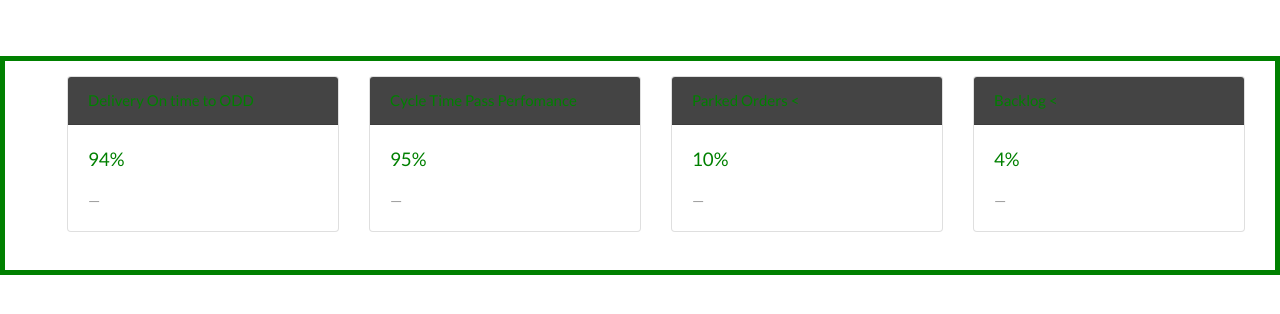
Repository: valenovi76/Delivery-Dashboard
Page: Index.html
The author's editor kept a record of every edit. The page is drawn from the files as they stood at one moment, then again after the next edit.
The browser window is 1280 px wide. The pictures show the whole page.
Some icons come from a web library that is not loaded, so they are not drawn.

Above is the page before.
Console error: TypeError: Cannot read properties of null (reading 'textContent')

### Index.html
<!DOCTYPE html>
<html lang="en">
<head>
    <meta charset="UTF-8">
    <meta name="viewport" content="width=device-width, initial-scale=1.0">
    <meta http-equiv="X-UA-Compatible" content="ie=edge">

    <link rel="stylesheet" href="static/css/bootstrap.min.css" type="text/css" />
    <link rel="stylesheet" href="static/css/dc.min.css" type="text/css" />
    <link href="vendor/fontawesome-free/css/all.min.css" rel="stylesheet" type="text/css">
    <script type="text/javascript" src="static/js/d3.min.js"></script>
    <script type="text/javascript" src="static/js/crossfilter.min.js"></script>
    <script type="text/javascript" src="static/js/dc.min.js"></script>
    <script type="text/javascript" src="static/js/queue.min.js"></script>
    <script type="text/javascript" src="static/js/graphs.js"></script>
    <link rel="stylesheet" href="static/css/style.css" type="text/css" />
    <title>Daily Delivery Dashboard</title>
</head>
<body>
    <header>

        <div id="wrapper">

          <div class="well">
          <h2>KPIS</h2>
          </div>


          <div id= "content-wrapper">
                <div class="container-fluid">
                <div class="row">KPIS

                <div class="col">
                <div class="card kpi">
                  <div class="card-header">
                        Delivery On time to ODD
                  </div>
                  <div class="card-body">
                        <blockquote class="blockquote mb-0">
                          <p>94%</p>
                          <footer class="blockquote-footer"><i class="far fa-clock"></i></footer>
                        </blockquote>
                  </div>
              </div>
                </div>
                <div class="col">
                <div class="card kpi">
                  <div class="card-header">
                        Cycle Time Pass Perfomance
                  </div>
                  <div class="card-body">
                        <blockquote class="blockquote mb-0">
                          <p>95%</p>
                          <footer class="blockquote-footer"><i class="fas fa-running"></i></footer>
                        </blockquote>
                  </div>
              </div>
                </div>
                <div class="col">
                <div class="card kpi">
                  <div class="card-header">
                        Parked Orders <
                  </div>
                  <div class="card-body">
                        <blockquote class="blockquote mb-0">
                          <p>10%</p>
                          <footer class="blockquote-footer"><i class="fas fa-parking"></i></footer>
                        </blockquote>
                  </div>
              </div>
                </div>
                <div class="col">
                <div class="card kpi">
                  <div class="card-header">
                        Backlog <
                  </div>
                  <div class="card-body">
                        <blockquote class="blockquote mb-0">
                          <p>4%</p>
                          <footer class="blockquote-footer"><i class="fas fa-flag-checkered"></i></footer>
                        </blockquote>
                  </div>
              </div>

              </div>
              </div>
                <div class="row">


                    <div class="col-md-auto">
                      Variable width content
                    </div>
                    <div class="col-md-auto">
                      Variable width content
                    </div>
                    <div class="col-md-auto">
                      Variable width content
                    </div>

                </div>
                <footer class= "sticky-footer">

                </footer>
            </div>
        </div>
        </div>
    </header>
</body>
</html>

### static/js/graphs.js
//load data
queue()
.defer(d3.csv, "/data/orders.csv")
.await(makeGraphs);


// Make graphs function
function makeGraphs(error, orderData) {

    var ndx = crossfilter(orderData);


orderData.forEach(function(d){
d.CT_Ex_Delayed_Days=parseInt(d.CT_Ex_Delayed_Days)})




    show_wip_group_selector(ndx);
    show_product_selector(ndx);
    show_project_selector(ndx);
    show_created(ndx);
    show_completed(ndx);
    show_order_order_type(ndx);
    show_ct_avg(ndx);
    show_SLT_perf(ndx);
    show_ontime_late(ndx);
    show_percent_RFT_OnTime(ndx);
    show_percent_CT_Pass(ndx);
    show_monthly_delivery(ndx);



    dc.renderAll();
}


//Selector js
function show_wip_group_selector(ndx){
    var dim = ndx.dimension(dc.pluck('Channel'));
    var group = dim.group();
    var select = dc.selectMenu("#wip_group_selector")
        .dimension(dim)
        .group(group);

}
function show_product_selector(ndx){
    var dim = ndx.dimension(dc.pluck('Product'));
    var group = dim.group();
    var select = dc.selectMenu("#product_selector")
        .dimension(dim)
        .group(group);

}
function show_project_selector(ndx){
    var dim=ndx.dimension(dc.pluck('Project'));
    var group= dim.group();
    var select = dc.selectMenu("#project_selector")
        .dimension(dim)
        .group(group);

}

// KPIS values -RFT %

function show_percent_RFT_OnTime(ndx) {
    var percentageThatAreOnTime = ndx.groupAll().reduce(
        function(p, v) {
            p.total++;
                if(v.On_Time === "On-Time") {
                    p.match++;
                }
                return p;
            },
            function (p, v) {
                p.total--;
                if(v.On_Time === "On-Time") {
                    p.match--;
                }
                return p;
            },
            function () {
                return {total: 0, match: 0};
            }
    );

    dc.numberDisplay("#RFTPerc")
        .formatNumber(d3.format(".1%"))
        .valueAccessor(function (d) {
            if (d.count == 0) {
                return 0;
            } else {
                return ( d.match/d.total );
            }
        })
        .group(percentageThatAreOnTime)
}

// KPIS values - CT %

function show_percent_CT_Pass(ndx) {
    var percentageThatArePassed = ndx.groupAll().reduce(
        function(p, v) {
            p.total++;
                if(v.SLT_Status === "Pass") {
                    p.match++;
                }
                return p;
            },
            function (p, v) {
                p.total--;
                if(v.SLT_Status === "Pass") {
                    p.match--;
                }
                return p;
            },
            function () {
                return {total: 0, match: 0};
            }
    );

    dc.numberDisplay("#CTPerc")
        .formatNumber(d3.format(".1%"))
        .valueAccessor(function (d) {
            if (d.count == 0) {
                return 0;
            } else {
                return ( d.match/d.total );
            }
        })
        .group(percentageThatArePassed)
}

//KPIS values - Monthly deliveries
function show_monthly_delivery(ndx){
    var avgMonthlyDeliveries = ndx.groupAll().reduce(
        function(p, v) {
            p.total++;
                if(v.Order_Status === "Completed") {
                    p.match++;
                }
                return p;
            },
            function (p, v) {
                p.total--;
                if(v.Order_Status === "Completed") {
                    p.match--;
                }
                return p;
            },
            function () {
                return {total: 0, match: 0};
            }
    );

    dc.numberDisplay("#avg_monthly_delivery")
        .formatNumber(d3.format(".1f"))
        .valueAccessor(function (d) {
            if (d.total == 0) {
                return 0;
            } else {
                return ( d.match/6 );
            }
        })
        .group(avgMonthlyDeliveries)
}


//created line js
function show_created(ndx) {
var dim = ndx.dimension(dc.pluck('Created_Month'));
var group =dim.group();

dc.lineChart("#created")
.width(400)
.height(300)
.margins({top: 30, right: 40, bottom: 50, left: 50})
.dimension(dim)
.group(group)
.transitionDuration(500)
.x(d3.scale.ordinal())
.xUnits(dc.units.ordinal)
.elasticY(true)
.xAxisLabel("FY 2019-2020 Month")
.yAxis().ticks(20);
 }

//completed line js
function show_completed(ndx) {
var dim = ndx.dimension(dc.pluck('Completed_Month'));
var group = dim.group();

dc.lineChart("#completed")

.width(400)
.height(300)
.margins({top: 30, right: 40, bottom: 50, left: 50})
.dimension(dim)
.group(group)
.transitionDuration(500)
.x(d3.scale.ordinal())
.xUnits(dc.units.ordinal)
.elasticY(true)
.xAxisLabel("FY 2019-2020 Month")
.yAxis().ticks(20);
 }

//WIP pie js
function show_order_order_type(ndx) {
    var dim = ndx.dimension(dc.pluck('Order_Type'));
    var group = dim.group();


    dc.pieChart("#order_type")

        .width(400)
        .height(300)
        .slicesCap(4)
        .innerRadius(100)
        .dimension(dim)
        .group(group)
        .legend(dc.legend())

}
//CT Avg line js
function show_ct_avg(ndx){
var dim = ndx.dimension(dc.pluck("Completed_Month"));

function add_item(p,v){
p.count ++;
p.total += v.CT_Ex_Delayed_Days;
p.average = p.total/p.count;
return p;
}
function remove_item(p,v){
p.count--;
if(p.count==0){
p.total=0;
p.average=0;}else{
p.total -= v.CT_Ex_Delayed_Days;
p.average = p.total/p.count;
}
return p;
}
function initialise(){
    return{count:0, total:0, average:0};
}


var group= dim.group().reduce(add_item,remove_item,initialise);


dc.lineChart("#ct_avg")
.width(400)
.height(300)
.margins({top: 10, right: 50, bottom: 30, left: 50})
.dimension(dim)
.group(group)
.valueAccessor(function(d){
return d.value.average})
.transitionDuration(500)
.x(d3.scale.ordinal())
.xUnits(dc.units.ordinal)
.elasticY(true)
.xAxisLabel("FY 2019-2020 Month")
.yAxis().ticks(20);

}
//CT perf js
function show_SLT_perf(ndx){

    function SLTPerfByMonth(dimension, SLT_Status) {
        return dimension.group().reduce(
            function (p, v) {
                p.total++;
                if(v.SLT_Status == SLT_Status) {
                    p.match++;
                }
                return p;
            },
            function (p, v) {
                p.total--;
                if(v.SLT_Status == SLT_Status) {
                    p.match--;
                }
                return p;
            },
            function () {
                return {total: 0, match: 0};
            }
        );
    }

    var dim = ndx.dimension(dc.pluck("Completed_Month"));
    var PassByMonth = SLTPerfByMonth(dim, "Pass");
    var FailByMonth = SLTPerfByMonth(dim, "Fail");

    dc.barChart("#ct_perf")
        .width(400)
        .height(300)
        .dimension(dim)
        .group(PassByMonth, "Pass")
        .stack(FailByMonth, "Fail")
        .valueAccessor(function(d) {
            if(d.value.total > 0) {
                return (d.value.match / d.value.total) * 100;
            } else {
                return 0;
            }
        })
        .x(d3.scale.ordinal())
        .xUnits(dc.units.ordinal)
        .legend(dc.legend().x(320).y(20).itemHeight(15).gap(5))
        .margins({top: 10, right: 100, bottom: 30, left: 30});
}

  //On time vs Late stacked-bars graph

   function show_ontime_late(ndx) {

    function RFTPerfByMonth(dimension, On_Time) {
        return dimension.group().reduce(
            function (p, v) {
                p.total++;
                if(v.On_Time == On_Time) {
                    p.match++;
                }
                return p;
            },
            function (p, v) {
                p.total--;
                if(v.On_Time == On_Time) {
                    p.match--;
                }
                return p;
            },
            function () {
                return {total: 0, match: 0};
            }
        );
    }

    var dim = ndx.dimension(dc.pluck("Completed_Month"));
    var OnTimeByMonth = RFTPerfByMonth(dim, "On-Time");
    var LateByMonth = RFTPerfByMonth(dim, "Late");

    dc.barChart("#ontime_perf")
        .width(400)
        .height(300)
        .dimension(dim)
        .group(OnTimeByMonth, "On-Time")
        .stack(LateByMonth, "Late")
        .valueAccessor(function(d) {
            if(d.value.total > 0) {
                return (d.value.match / d.value.total) * 100;
            } else {
                return 0;
            }
        })
        .x(d3.scale.ordinal())
        .xUnits(dc.units.ordinal)
        .legend(dc.legend().x(320).y(20).itemHeight(15).gap(5))
        .margins({top: 10, right: 100, bottom: 30, left: 30});
   }

### static/css/style.css
body {
    background-color: white;
}

#sidebar-wrapper{
    z-index: 1;
    position:absolute;
    width:0;
    height:100%;
    overflow-y: hidden;
    background-color:#2C3E50;
    border:2px solid red;
    opacity:0.9;
}

/* main content*/
#content-wrapper{
    width:100%;
    position:absolute;
    padding:15px;
    border:5px solid green;
}

/*change the width of the display*/
#wrapper.menudisplayed #sidewrapper{
    width:250px;
}

#wrapper.menudisplayed #content-wrapper{
    padding-left:250px;
}

/*sidebar styling*/
.sidebar-nav{
    padding:0;
    list-style: none;
}





.kpi {
    color:green;
    background-color:white;
}

Loaded but not shown: static/css/bootstrap.min.css (library); static/css/dc.min.css (library); static/js/d3.min.js (library); static/js/crossfilter.min.js (library); static/js/dc.min.js (library); static/js/queue.min.js (common file)

After the next edit:
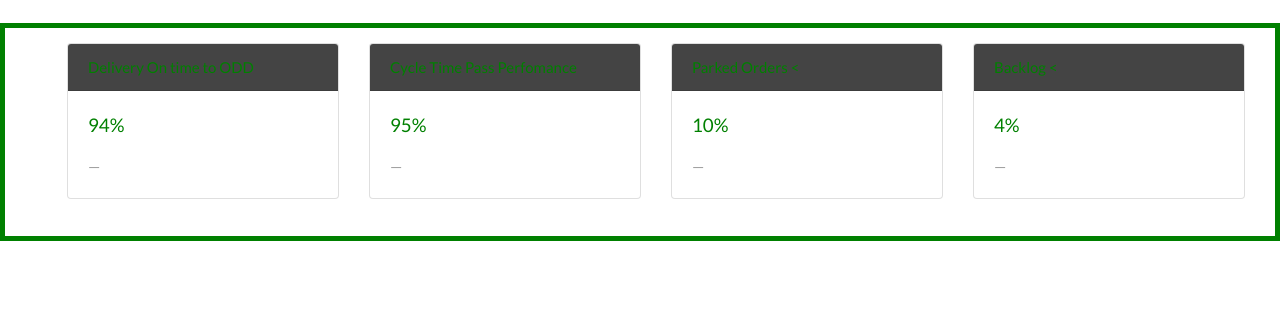
The edit:
--- a/Index.html
+++ b/Index.html
@@ -21,9 +21,9 @@
 
         <div id="wrapper">
 
-          <div class="well">
-          <h2>KPIS</h2>
-          </div>
+        <nav id="sidebar">
+        ...
+    </nav>
 
 
           <div id= "content-wrapper">
